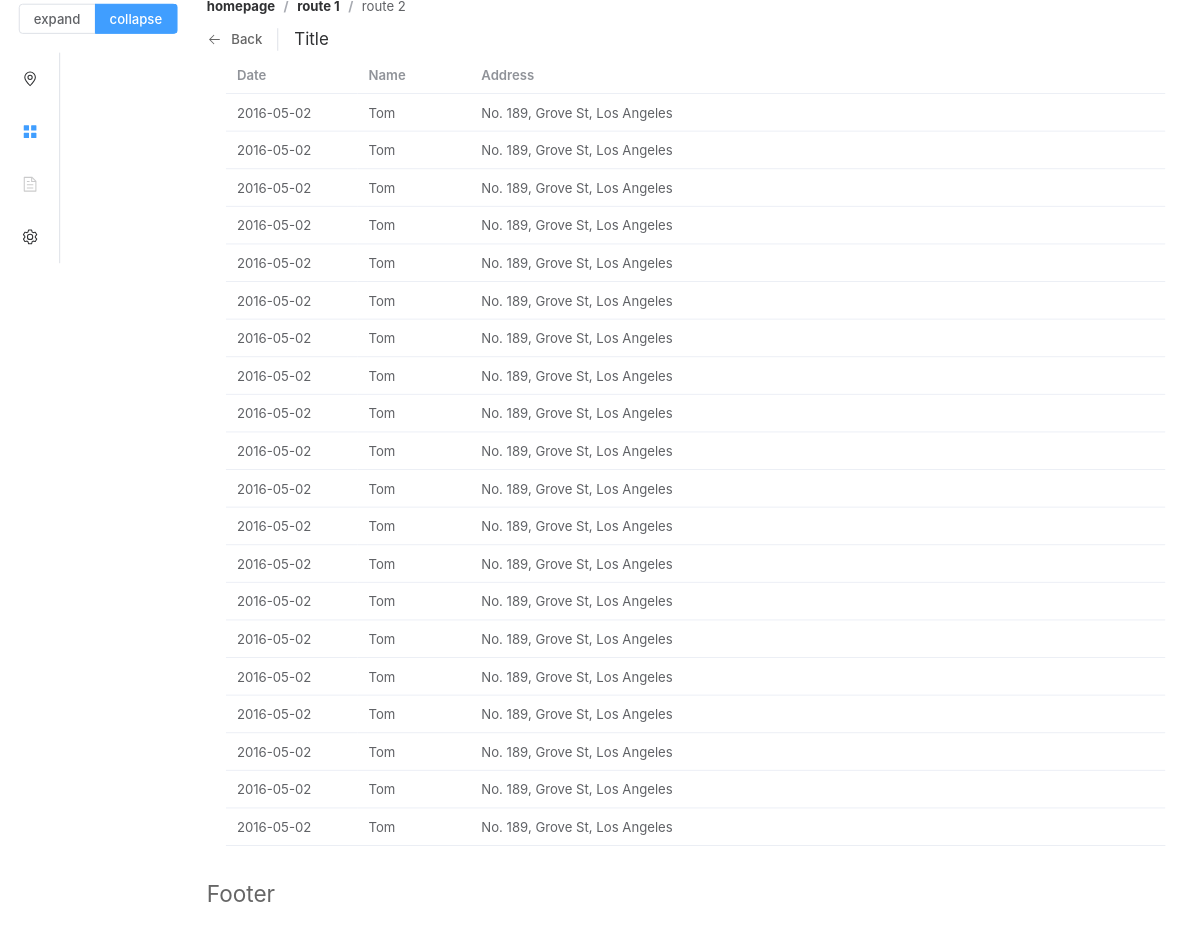
Repository: LeeypOR/management-system
Page: /
The author's editor kept a copy of each file at every save. The page is drawn from the files as they stood at one save, then again after the next save.
The browser window is 1280 px wide. The pictures show the whole page, at 94% of full size.
The project was rebuilt for these pictures with package versions that can differ from the ones it lists, and the page was loaded fresh each time. Also part of the build but not shown: vite.config.ts.

Above is the page before, as saved 2023-02-27 12:38:48.
Console error: SyntaxError: Cannot use import statement outside a module

### index.html
<!DOCTYPE html>
<html lang="en">
  <head>
    <meta charset="UTF-8" />
    <link rel="icon" type="image/svg+xml" href="/vite.svg" />
    <script text="module" charset="UTF-8" src="./src/three.js/Three.js"></script>
    <meta name="viewport" content="width=device-width, initial-scale=1.0" />
    <title>Vite + Vue + TS</title>
  </head>
  <body>
    <div id="app" style="width: 100%;height: 100%;"></div>
    <script type="module" src="/src/main.ts"></script>
  </body>
</html>

### src/main.ts
import { createApp } from 'vue'
import './style.css'
import App from './App.vue'

import ElementPlus from 'element-plus'
import 'element-plus/dist/index.css'

const app = createApp(App)
app.use(ElementPlus)

app.mount('#app')

### src/style.css
:root {
  font-family: Inter, Avenir, Helvetica, Arial, sans-serif;
  font-size: 24px;
  line-height: 24px;
  font-weight: 400;

  color-scheme: light dark;
  /* color: rgba(255, 255, 255, 0.87); */
  color: #666666;
  background-color: #fff;
  /* background-color: #242424; */

  font-synthesis: none;
  text-rendering: optimizeLegibility;
  -webkit-font-smoothing: antialiased;
  -moz-osx-font-smoothing: grayscale;
  -webkit-text-size-adjust: 100%;
}

body,div,dl,dt,dd,ul,ol,li,h1,h2,h3,h4,h5,h6,pre,
form,fieldset,input,textarea,p,blockquote,th,td {
padding: 0;
margin: 0;
}
table {
border-collapse: collapse;
border-spacing: 0;
}
fieldset,img {
border: 0;
}
address,caption,cite,code,dfn,em,strong,th,var {
font-weight: normal;
font-style: normal;
}
ol,ul {
list-style: none;
}
caption,th {
text-align: left;
}
h1,h2,h3,h4,h5,h6 {
font-weight: normal;
font-size: 100%;
}
q:before,q:after {
content:'';
}
abbr,acronym { border: 0;
}
body,html{
  height: 100%;
}

### src/App.vue


<template>
  <Index></Index>
</template>

<script setup lang="ts">
import Index from './pages/index.vue'

</script>

<style scoped>
body{
  width: 100%;
  height: 100%;
}

.logo {
  height: 6em;
  padding: 1.5em;
  will-change: filter;
}
.logo:hover {
  filter: drop-shadow(0 0 2em #646cffaa);
}
.logo.vue:hover {
  filter: drop-shadow(0 0 2em #42b883aa);
}
</style>

### src/pages/index.vue
<template>
  <div class="common-layout">
    <el-container class="container">
      <el-aside width="200px">
        <Menu></Menu>
      </el-aside>
      <el-container >
        <el-header>
          <Header></Header>
        </el-header>
        <el-main>
          <Main></Main>
        </el-main>
        <el-footer>Footer</el-footer>
      </el-container>
    </el-container>
  </div>
</template>



<script setup lang="ts">
import Menu from './BasePage/Menu.vue'
import Header from './BasePage/Header.vue'
import Main from './BasePage/Main.vue'

</script>

<style lang="less"  scoped>

:deep(.el-main){
  padding-top: 0;
}
</style>

### src/pages/BasePage/Menu.vue
<template>
  <div class="container">
    <el-radio-group v-model="isCollapse" style="margin-bottom: 20px">
      <el-radio-button :label="false">expand</el-radio-button>
      <el-radio-button :label="true">collapse</el-radio-button>
    </el-radio-group>
    <el-menu default-active="2" class="el-menu-vertical-demo" :collapse="isCollapse" @open="handleOpen"
      @close="handleClose">
      <el-sub-menu index="1">
        <template #title>
          <el-icon>
            <location />
          </el-icon>
          <span>Navigator One</span>
        </template>
        <el-menu-item-group>
          <template #title><span>Group One</span></template>
          <el-menu-item index="1-1">item one</el-menu-item>
          <el-menu-item index="1-2">item two</el-menu-item>
        </el-menu-item-group>
        <el-menu-item-group title="Group Two">
          <el-menu-item index="1-3">item three</el-menu-item>
        </el-menu-item-group>
        <el-sub-menu index="1-4">
          <template #title><span>item four</span></template>
          <el-menu-item index="1-4-1">item one</el-menu-item>
        </el-sub-menu>
      </el-sub-menu>
      <el-menu-item index="2">
        <el-icon><icon-menu /></el-icon>
        <template #title>Navigator Two</template>
      </el-menu-item>
      <el-menu-item index="3" disabled>
        <el-icon>
          <document />
        </el-icon>
        <template #title>Navigator Three</template>
      </el-menu-item>
      <el-menu-item index="4">
        <el-icon>
          <setting />
        </el-icon>
        <template #title>Navigator Four</template>
      </el-menu-item>
    </el-menu>
  </div>
</template>



<script setup lang="ts">
import {
  Document,
  Menu as IconMenu,
  Location,
  Setting,
} from '@element-plus/icons-vue'

const isCollapse = ref(true)
const handleOpen = (key: string, keyPath: string[]) => {
  console.log(key, keyPath)
}
const handleClose = (key: string, keyPath: string[]) => {
  console.log(key, keyPath)
}

</script>

<style lang="less"  scoped>
.el-menu-vertical-demo:not(.el-menu--collapse) {
  width: 200px;
  min-height: 400px;
  height: 90%;
}
.el-radio-group{
  margin-left: 20px;
}
</style>

### src/pages/BasePage/Header.vue
<template>
  <el-page-header>
    <template #breadcrumb>
      <el-breadcrumb separator="/">
        <el-breadcrumb-item :to="{ path: './page-header.html' }">
          homepage
        </el-breadcrumb-item>
        <el-breadcrumb-item
          ><a href="./page-header.html">route 1</a></el-breadcrumb-item
        >
        <el-breadcrumb-item>route 2</el-breadcrumb-item>
      </el-breadcrumb>
    </template>
    <template #content>
      <span class="text-large font-600 mr-3"> Title </span>
    </template>
  </el-page-header>
</template>




<script setup lang="ts">

</script>

<style lang="less"  scoped>

</style>

### src/pages/BasePage/Main.vue
<template>
  <div>
    <el-main>
        <el-scrollbar>
          <el-table :data="tableData">
            <el-table-column prop="date" label="Date" width="140" />
            <el-table-column prop="name" label="Name" width="120" />
            <el-table-column prop="address" label="Address" />
          </el-table>
        </el-scrollbar>
      </el-main>
  </div>
</template>

<script lang="ts" setup>

const item = {
  date: '2016-05-02',
  name: 'Tom',
  address: 'No. 189, Grove St, Los Angeles',
}
const tableData = ref(Array.from({ length: 20 }).fill(item))
</script>

Loaded but not shown: src/three.js/Three.js (library)

After the next save:
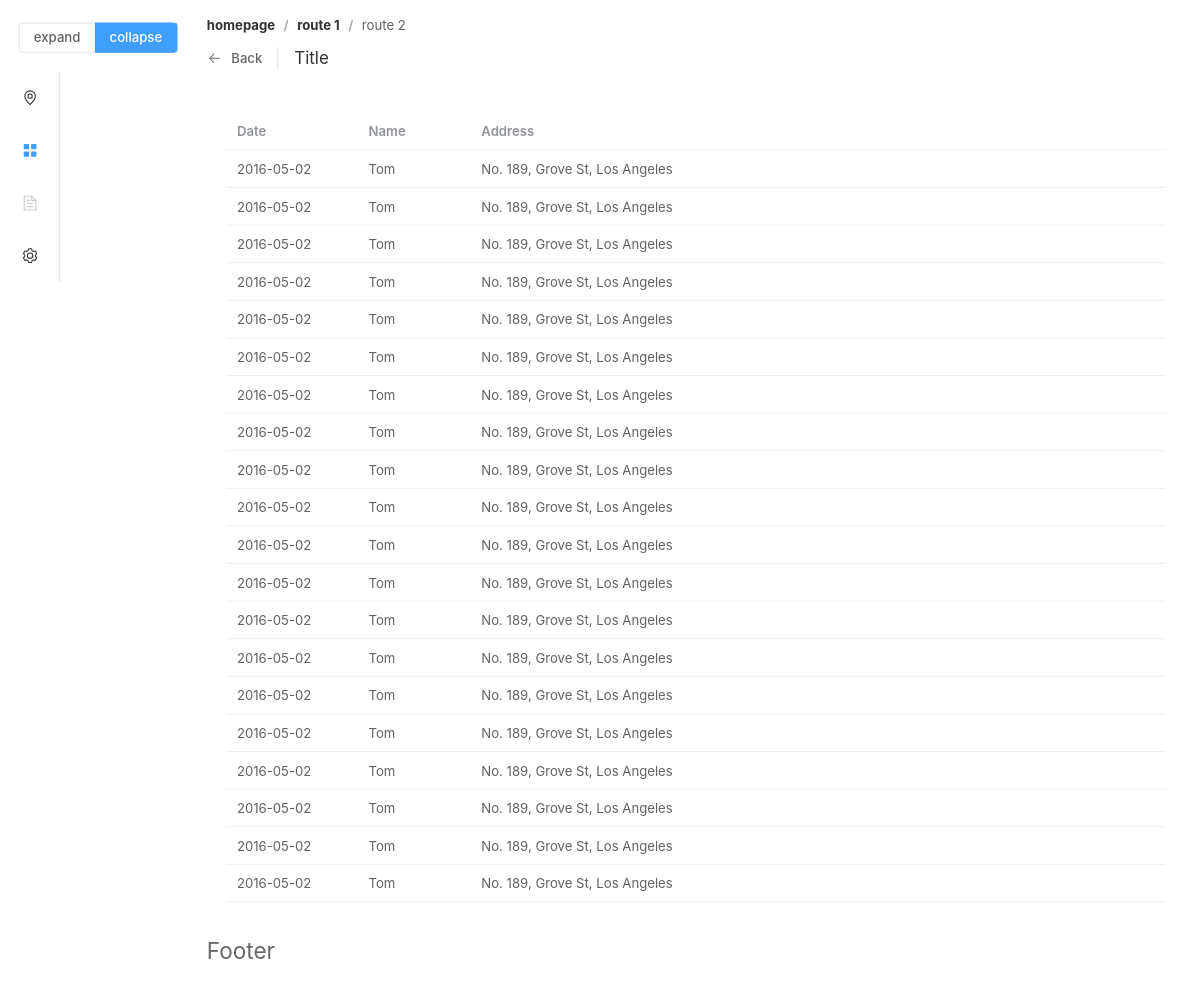
Saved 48 s later.
--- a/src/pages/index.vue
+++ b/src/pages/index.vue
@@ -27,8 +27,12 @@ import Main from './BasePage/Main.vue'
 </script>
 
 <style lang="less"  scoped>
-
+.common-layout{
+  height: 100%;
+  padding-top: 20px;
+  box-sizing: border-box;
+}
 :deep(.el-main){
-  padding-top: 0;
+  height: 100%;
 }
 </style>
